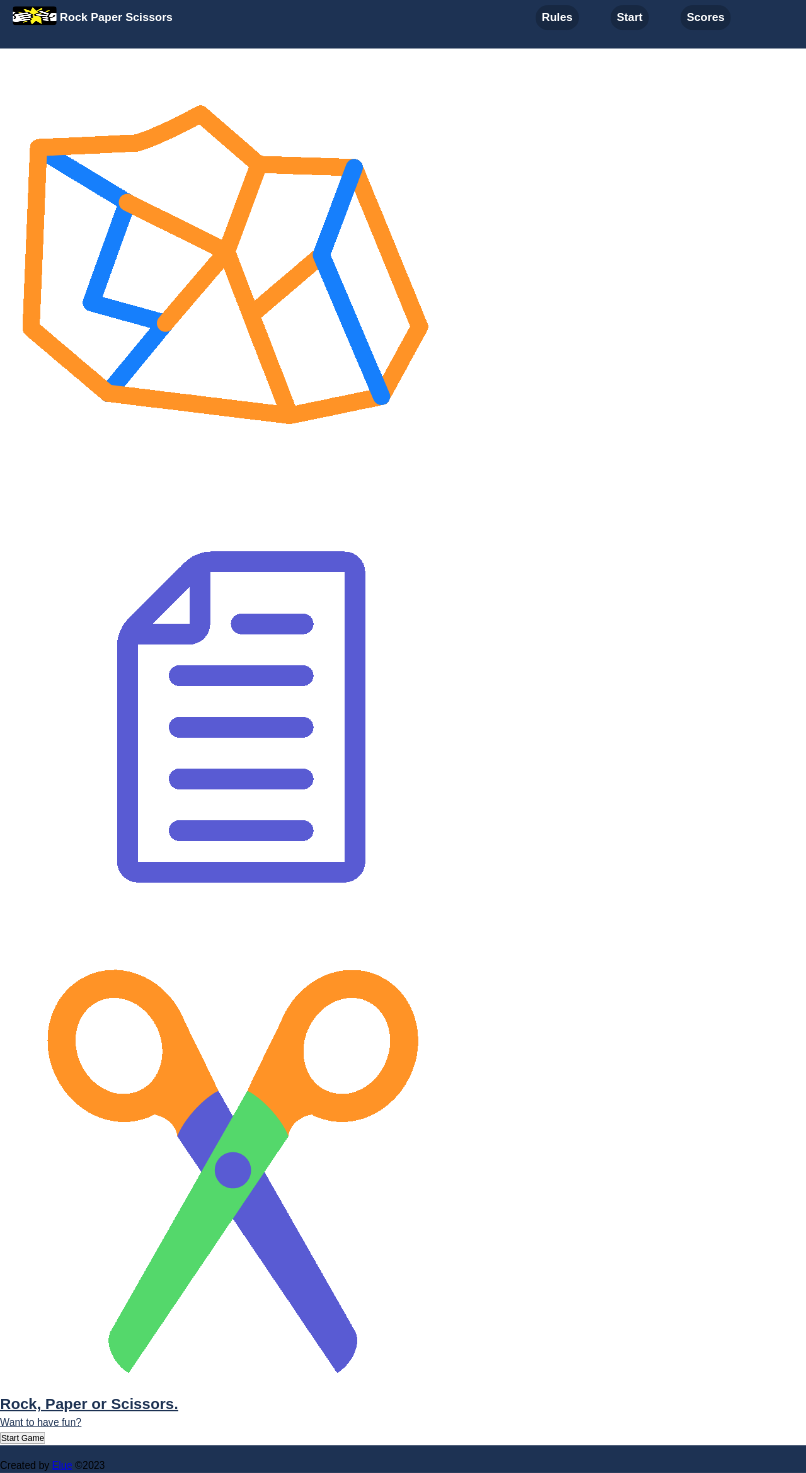
Repository: MikkyPrestige/rock-paper-scissors
Page: index.html
An editor plug-in stored every save of this project. The page is shown before and after the next save, followed by the edit.
The browser window is 1280 px wide. The pictures show the whole page, at 63% of full size.

Above is the page before, as saved 2023-05-08 04:31:39.

### index.html
<!DOCTYPE html>
<html lang="en">

<head>
  <meta charset="UTF-8">
  <meta http-equiv="X-UA-Compatible" content="IE=edge">
  <meta name="viewport" content="width=device-width, initial-scale=1.0">
  <title>Rock, Paper or Scissors Game</title>
  <link rel="stylesheet" href="./index.css">
  <!-- <script src="./index.js" defer></script> -->
</head>

<body>
  <main>
    <header>
      <figure>
        <a href="/">
          <img src="./img/logo.png" alt="Logo" class="logo">
        </a>
        <figcaption>Rock Paper Scissors</figcaption>
      </figure>
      <nav>
        <ul>
          <li><a href="#">Rules</a></li>
          <li><a href="#">Start</a></li>
          <li><a href="#">Scores</a></li>
        </ul>
      </nav>
    </header>
    <section class="home">
      <div class="images">
        <img src="./img/Rock.gif" alt="Rock image" class="img">
        <img src="./img/Paper.gif" alt="Paper image" class="img">
        <img src="./img/Scissors.gif" alt="Scissors image" class="img">
      </div>
      <div class="content">
        <h1>Rock, Paper or Scissors.</h1>
        <p>Want to have <span>fun?</span></p>
        <button type="submit" class="btn">Start Game</button>
      </div>
    </section>

    <footer>
      <p>Created by <a href="#" target="_blank">Elue</a> &copy;2023</p>
    </footer>
  </main>
</body>

</html>

### index.css
*,
*::after,
*::before {
  box-sizing: border-box;
  margin: 0;
  padding: 0;
}

html {
  font-size: 62.5%;
}

body {
  font-family: "Fira Sans", sans-serif;
  font-size: 1.6rem;
  line-height: 1.5;
  background: rgba(29, 50, 83, 1);
  width: 100%;
  height: 100%;
}

main {
  display: flex;
  flex-direction: column;
  justify-content: center;
  gap: 2rem;
  height: 100%;
  width: 100%;
}

header {
  display: flex;
  justify-content: space-between;
  align-items: center;
  padding: 1rem 2rem;
  width: 100%;
  height: auto;
}

figure {
  display: flex;
  align-items: center;
  gap: .5rem;
  height: auto;
}

.logo {
  width: 7rem;
  height: 3rem;
  border-radius: .5rem;
  -webkit-border-radius: .5rem;
  -moz-border-radius: .5rem;
  -ms-border-radius: .5rem;
  -o-border-radius: .5rem;
}

figcaption {
  font-size: 1.8rem;
  font-weight: 600;
  color: rgba(255, 255, 255, 1);
}

nav {
  height: auto;
  margin-right: 10rem;
}

ul {
  display: flex;
  justify-content: center;
  align-items: center;
  gap: 5rem;
  list-style: none;
}

li a {
  font-size: 1.8rem;
  font-weight: 600;
  color: rgba(255, 255, 255, 1);
  background: linear-gradient(0deg, rgba(0, 0, 0, 0.2), rgba(0, 0, 0, 0.2)), #1D3253;
  text-decoration: none;
  padding: 1rem;
  border-radius: 2rem;
}

li a:hover {
  background: rgba(255, 255, 255, 1);
  color: rgba(29, 50, 83, 1);
  text-decoration: underline;
}

.home {
  background: rgba(255, 255, 255, 1);
  color: rgba(29, 50, 83, 1);
  text-decoration: underline;
}

After the next save:
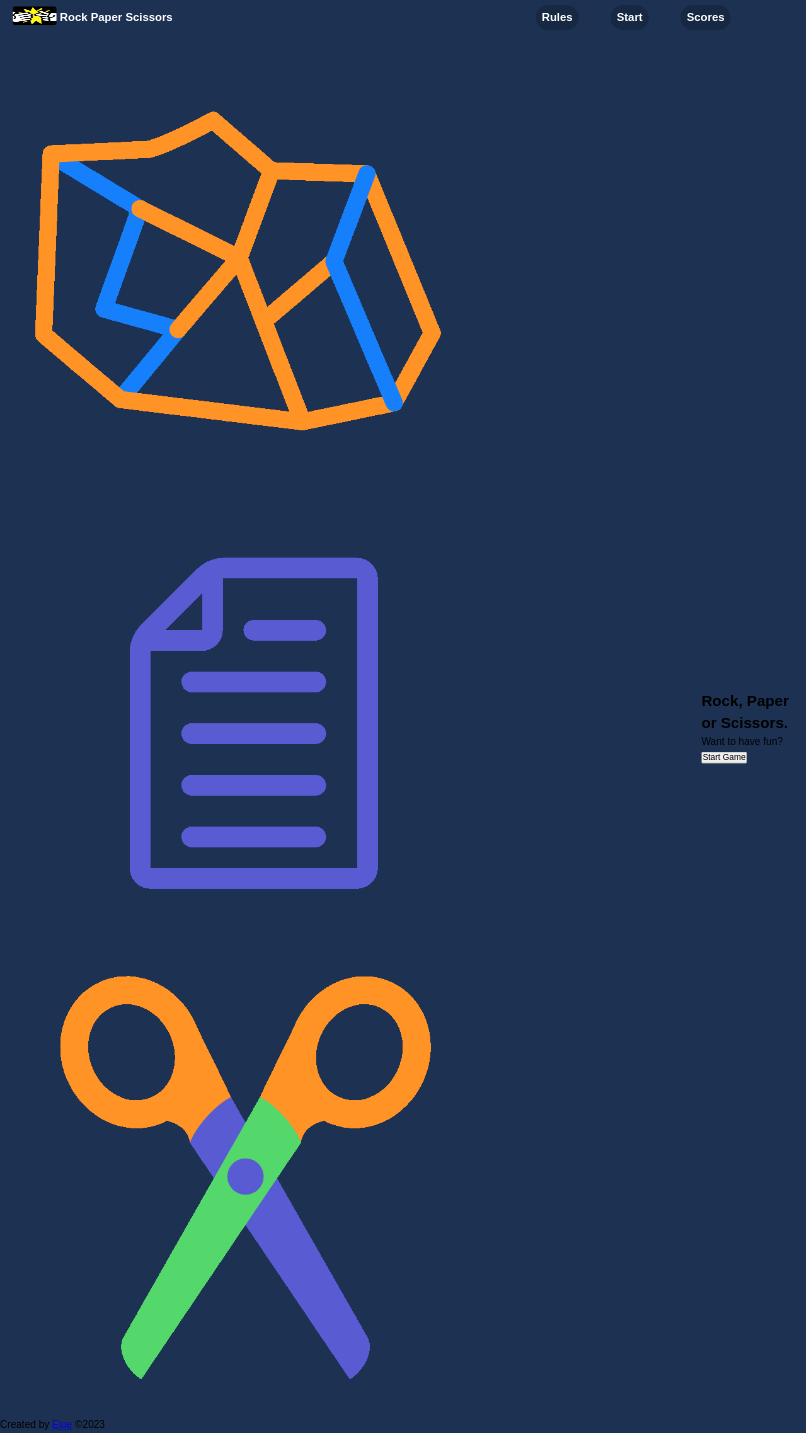
Saved 42 s later.
--- a/index.css
+++ b/index.css
@@ -90,7 +90,10 @@ li a:hover {
 }
 
 .home {
-  background: rgba(255, 255, 255, 1);
-  color: rgba(29, 50, 83, 1);
-  text-decoration: underline;
+  display: flex;
+  justify-content: space-between;
+  align-items: center;
+  padding: 1rem 2rem;
+  width: 100%;
+  height: auto;
 }
